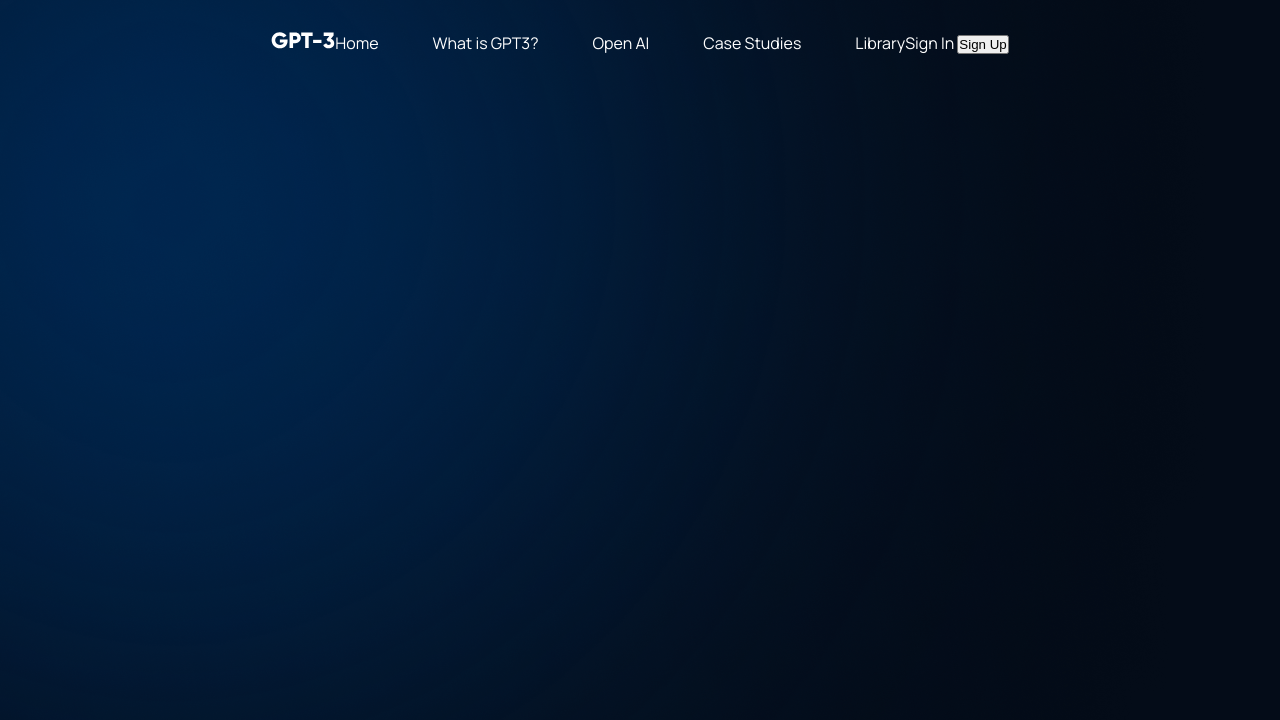
Repository: guilhermecardoso93/lp-gpt3
Page: index.html
These files come from the project's save history. The page is drawn as it stood at one moment and after the next save; the edit follows.
The browser window is 1280 px wide. The pictures show the whole page.

Above is the page before, as saved 2022-08-22 22:32:27.

### index.html
<!DOCTYPE html>
<html lang="pt-BR">
<head>
  <meta charset="UTF-8">
  <meta http-equiv="X-UA-Compatible" content="IE=edge">
  <meta name="viewport" content="width=device-width, initial-scale=1.0">
  <link rel="stylesheet" href="style.css">
  <title>LP-GPT3</title>
</head>
<body>
  <header>
    <div class="logo">
      <img src="./assets/logo.svg" alt="logo">
    </div>
    <div class="menu">
      <nav>
        <ul>
          <li>
            <a href="">Home</a>
          </li>
          <li><a href="">What is GPT3?</a></li>
          <li><a href="">Open AI</a></li>
          <li><a href="">Case Studies</a></li>
          <li><a href="">Library</a></li>
        </ul>
      </nav>
    </div>
    <div class="login">
        <a href="#">Sign In</a>
        <button>Sign Up</button>
    </div>
  </header>
</body>
</html>

### style.css
@import url("https://fonts.googleapis.com/css2?family=Manrope:wght@400;500;700;800&family=Poppins:wght@400;500;700&display=swap");

* {
  margin: 0;
  padding: 0;
  box-sizing: border-box;
}

:root {
  --text-color-links: #fff;
  --color-button: #ff4820;
}

body {
  background: #040c18;
  font-family: "Manrope", sans-serif;
  width: 100%;
  display: flex;
  align-items: center;
  justify-content: center;
  background-image: url(/assets/blur-background-left.png);
  background-repeat: no-repeat;
  background-position: top left;
  overflow-x: hidden;
}

a {
  text-decoration: none;
  color: var(--text-color-links);
}

ul {
  list-style: none;
  display: flex;
  gap: 54px;
}

header {
  display: flex;
  align-itens: center;
  justify-content: space-around;
  margin-top: 2rem;
}

.menu > nav > ul {
  display: flex;
}

### assets/logo.svg
<svg width="64" height="17" viewBox="0 0 64 17" fill="none" xmlns="http://www.w3.org/2000/svg">
<path d="M16.5659 7.41999V8.73999C16.5659 11.0427 15.8472 12.8833 14.4099 14.262C12.9872 15.626 11.1759 16.308 8.97591 16.308C6.58525 16.308 4.59791 15.538 3.01391 13.998C1.44458 12.458 0.659912 10.566 0.659912 8.32199C0.659912 6.07799 1.43725 4.17866 2.99191 2.62399C4.56125 1.06933 6.47525 0.291992 8.73391 0.291992C10.1712 0.291992 11.4839 0.614659 12.6719 1.25999C13.8746 1.90533 14.8059 2.75599 15.4659 3.81199L12.4739 5.52799C12.1366 4.99999 11.6306 4.56733 10.9559 4.22999C10.2959 3.89266 9.54791 3.72399 8.71191 3.72399C7.40658 3.72399 6.32125 4.15666 5.45591 5.02199C4.60525 5.88733 4.17991 6.99466 4.17991 8.34399C4.17991 9.67866 4.61991 10.7713 5.49991 11.622C6.37991 12.458 7.55325 12.876 9.01991 12.876C11.0586 12.876 12.3712 12.084 12.9579 10.5H8.84391V7.41999H16.5659Z" fill="white"/>
<path d="M24.3804 0.599992C25.891 0.599992 27.167 1.11333 28.2084 2.13999C29.2497 3.16666 29.7704 4.41333 29.7704 5.87999C29.7704 7.34666 29.2497 8.59333 28.2084 9.61999C27.167 10.6467 25.891 11.16 24.3804 11.16H22.0704V16H18.5504V0.599992H24.3804ZM24.3804 7.85999C24.923 7.85999 25.3704 7.66933 25.7224 7.28799C26.0744 6.90666 26.2504 6.43733 26.2504 5.87999C26.2504 5.32266 26.0744 4.85333 25.7224 4.47199C25.3704 4.09066 24.923 3.89999 24.3804 3.89999H22.0704V7.85999H24.3804Z" fill="white"/>
<path d="M41.6521 0.599992V3.98799H37.6921V16H34.1721V3.98799H30.2121V0.599992H41.6521Z" fill="white"/>
<path d="M42.0973 11.006V7.83799H50.4573V11.006H42.0973Z" fill="white"/>
<path d="M59.9393 6.84799C60.9219 7.18533 61.7139 7.73533 62.3153 8.49799C62.9166 9.24599 63.2173 10.1333 63.2173 11.16C63.2173 12.7733 62.6746 14.0347 61.5893 14.944C60.5039 15.8533 59.1766 16.308 57.6073 16.308C56.3899 16.308 55.2973 16.0293 54.3293 15.472C53.3759 14.9147 52.6719 14.0933 52.2173 13.008L55.2533 11.248C55.6346 12.3333 56.4193 12.876 57.6073 12.876C58.2966 12.876 58.8173 12.7147 59.1693 12.392C59.5213 12.0693 59.6973 11.6587 59.6973 11.16C59.6973 10.6613 59.5213 10.2507 59.1693 9.92799C58.8173 9.60533 58.2966 9.44399 57.6073 9.44399H56.8813L55.5393 7.44199L58.3333 3.89999H52.7013V0.599992H62.6013V3.45999L59.9393 6.84799Z" fill="white"/>
</svg>

After the next save:
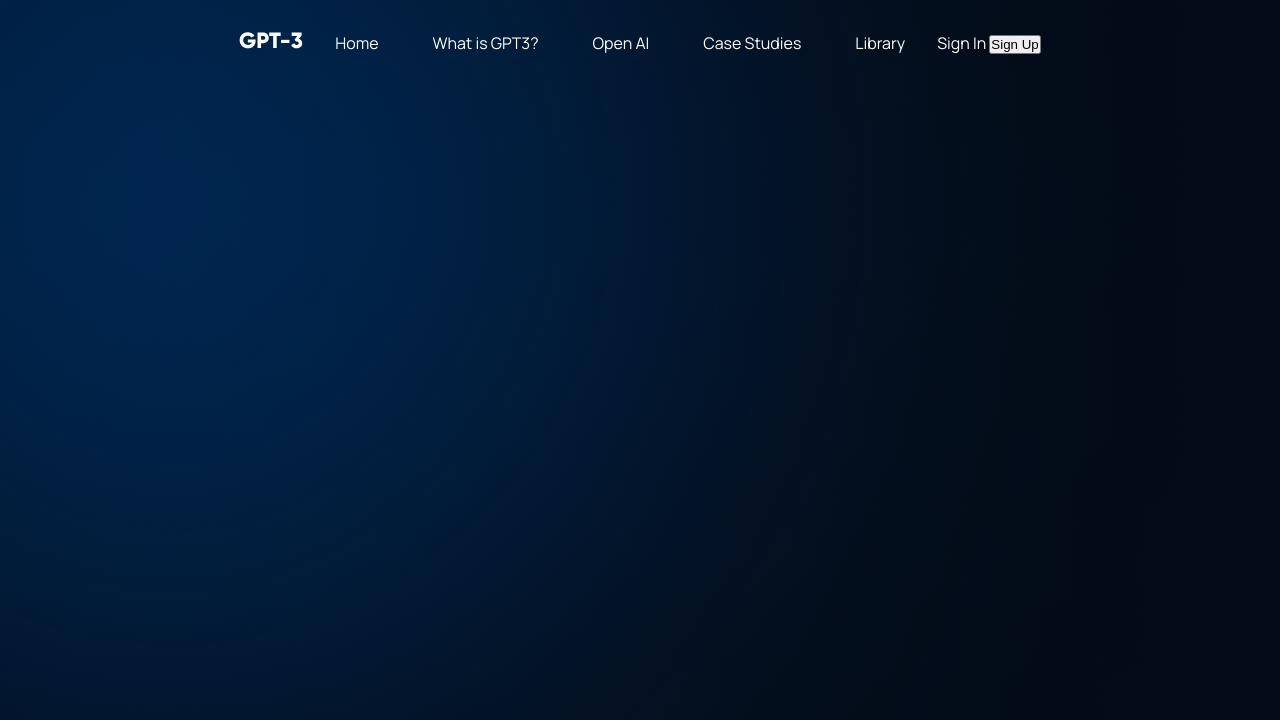
Saved 38 s later.
--- a/style.css
+++ b/style.css
@@ -40,8 +40,5 @@
   align-itens: center;
   justify-content: space-around;
   margin-top: 2rem;
+  gap: 2rem;
 }
-
-.menu > nav > ul {
-  display: flex;
-}
